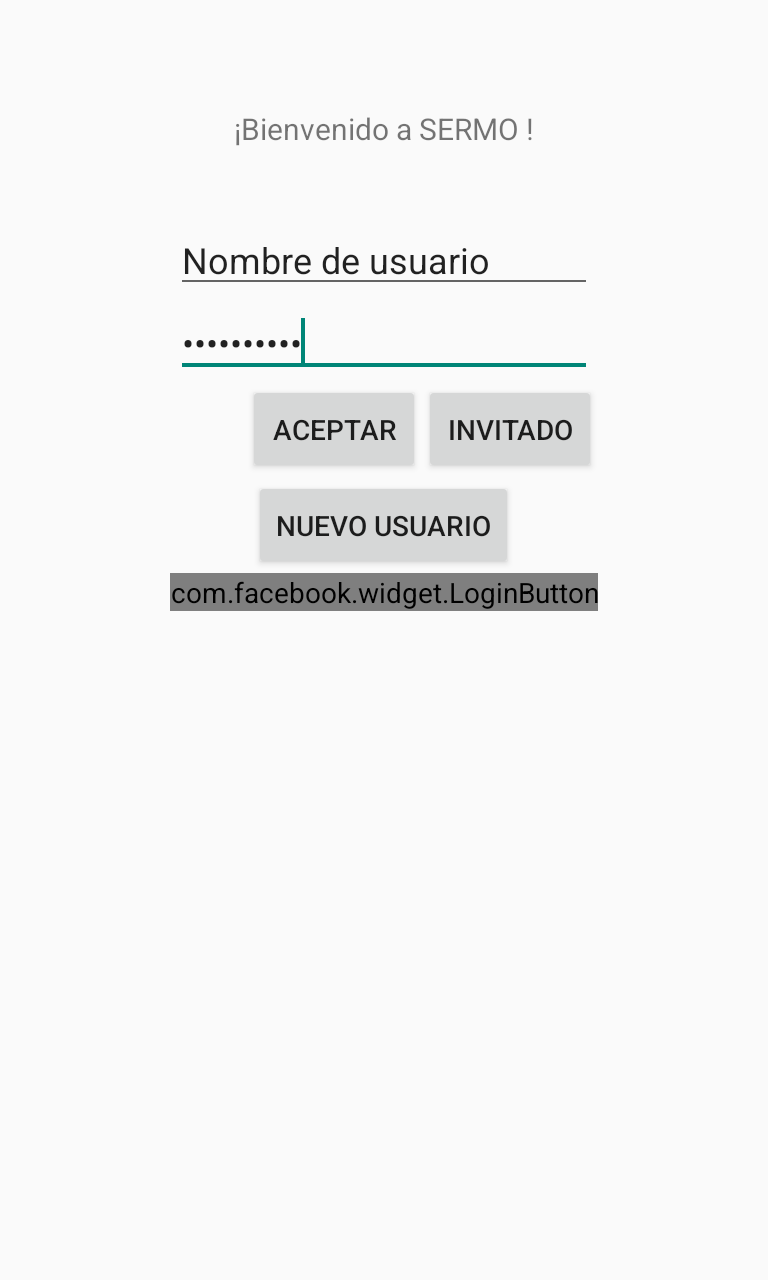
Repository: MVidi/juegos
Layout: SermoJuego/res/layout/pantallaprimera.xml
The author's editor kept a copy of each file at every save. The layout is drawn from the files as they stood at one save, then again after the next save.
Pictures or frames that could not be fetched are drawn as grey boxes. It is drawn on a 768 x 1280 px phone screen (xhdpi) without system bars, with theme AppTheme; the app's code is not run.

Above is the layout before, as saved 2014-08-11 16:15:08.

### SermoJuego/res/layout/pantallaprimera.xml
<RelativeLayout xmlns:android="http://schemas.android.com/apk/res/android"
    xmlns:tools="http://schemas.android.com/tools"
    android:id="@+id/container"
    android:layout_width="match_parent"
    android:layout_height="match_parent"
    tools:context=".pantallaInicioActivity"
    tools:ignore="MergeRootFrame" >

    <Button
        android:id="@+id/aceptarPI"
        android:layout_width="wrap_content"
        android:layout_height="wrap_content"
        android:layout_below="@+id/contrasenaPI"
        android:layout_toLeftOf="@+id/invitadoPI"
        android:onClick="aceptarPulsado"
        android:text="@string/Aceptar" />

    <Button
        android:id="@+id/invitadoPI"
        android:layout_width="wrap_content"
        android:layout_height="wrap_content"
        android:layout_above="@+id/nuevoUsuarioPI"
        android:layout_alignRight="@+id/authButton"
        android:onClick="conectarMongo"
        android:text="@string/Invitado" />

    <EditText
        android:id="@+id/contrasenaPI"
        android:layout_width="wrap_content"
        android:layout_height="wrap_content"
        android:layout_below="@+id/usuarioPI"
        android:layout_centerHorizontal="true"
        android:ems="10"
        android:inputType="textPassword"
        android:onClick="clicarContrasena"
        android:text="@string/Contrasena" >

        <requestFocus />
    </EditText>

    <Button
        android:id="@+id/nuevoUsuarioPI"
        android:layout_width="wrap_content"
        android:layout_height="wrap_content"
        android:layout_below="@+id/aceptarPI"
        android:layout_centerHorizontal="true"
        android:text="@string/nuevoUsuario" />

    <com.facebook.widget.LoginButton
        android:id="@+id/authButton"
        android:layout_width="wrap_content"
        android:layout_height="wrap_content"
        android:layout_below="@+id/nuevoUsuarioPI"
        android:layout_centerHorizontal="true" />

    <EditText
        android:id="@+id/usuarioPI"
        android:layout_width="wrap_content"
        android:layout_height="wrap_content"
        android:layout_alignRight="@+id/contrasenaPI"
        android:layout_below="@+id/TituloPI"
        android:layout_marginTop="33dp"
        android:ems="10"
        android:inputType="textPersonName"
        android:onClick="clicarUsuario"
        android:text="@string/Usuario" />

    <TextView
        android:id="@+id/TituloPI"
        android:layout_width="wrap_content"
        android:layout_height="wrap_content"
        android:layout_alignParentTop="true"
        android:layout_centerHorizontal="true"
        android:layout_marginTop="54dp"
        android:text="@string/juego"
        android:textSize="15sp" />

</RelativeLayout>

### SermoJuego/res/values/strings.xml
<?xml version="1.0" encoding="utf-8"?>
<resources>

    <string name="app_name">SERMO</string>
    <string name="hello_world">Hello world!</string>
    <string name="juego">¡Bienvenido a SERMO !</string>
    <string name="action_settings">Settings</string>
  	<string name="Usuario">Nombre de usuario</string>
  	<string name="Contrasena">Contraseña</string>
  	<string name="Aceptar">Aceptar</string>
  	<string name="Invitado">Invitado</string>
  	<string name="nuevoUsuario">Nuevo Usuario</string>
  	<string name="jugar">jugar</string>
  	<string name="amigos">Amigos</string>
  	<string name="configurar">Configuración</string>
  	<string name="tipopartida">Seleccione tipo de partida</string>
</resources>

Loaded but not shown: SermoJuego/res/values/styles.xml (common file); SermoJuego/res/values-v11/styles.xml (common file); SermoJuego/res/values-v14/styles.xml (common file)

After the next save:
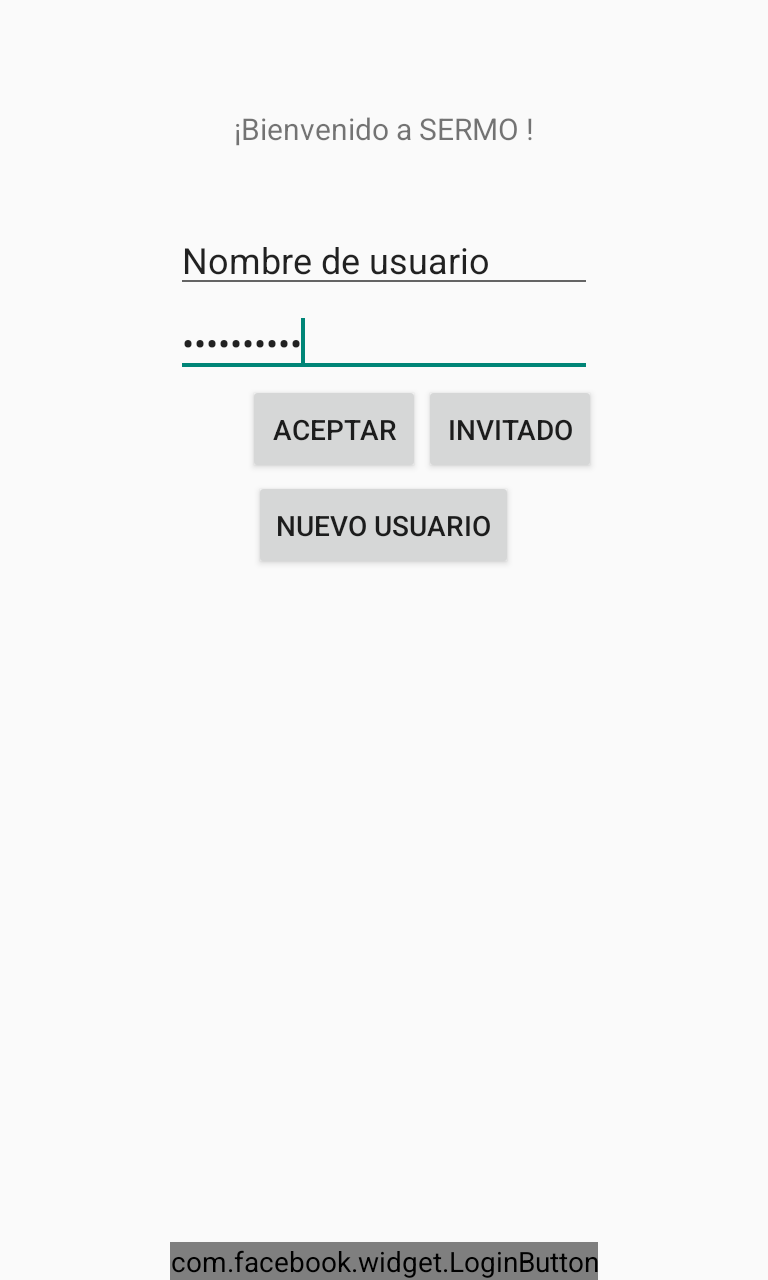
Saved 89 s later.
--- a/SermoJuego/res/layout/pantallaprimera.xml
+++ b/SermoJuego/res/layout/pantallaprimera.xml
@@ -46,13 +46,6 @@
         android:layout_centerHorizontal="true"
         android:text="@string/nuevoUsuario" />
 
-    <com.facebook.widget.LoginButton
-        android:id="@+id/authButton"
-        android:layout_width="wrap_content"
-        android:layout_height="wrap_content"
-        android:layout_below="@+id/nuevoUsuarioPI"
-        android:layout_centerHorizontal="true" />
-
     <EditText
         android:id="@+id/usuarioPI"
         android:layout_width="wrap_content"
@@ -75,4 +68,11 @@
         android:text="@string/juego"
         android:textSize="15sp" />
 
+    <com.facebook.widget.LoginButton
+        android:id="@+id/authButton"
+        android:layout_width="wrap_content"
+        android:layout_height="wrap_content"
+        android:layout_alignParentBottom="true"
+        android:layout_centerHorizontal="true" />
+
 </RelativeLayout>
